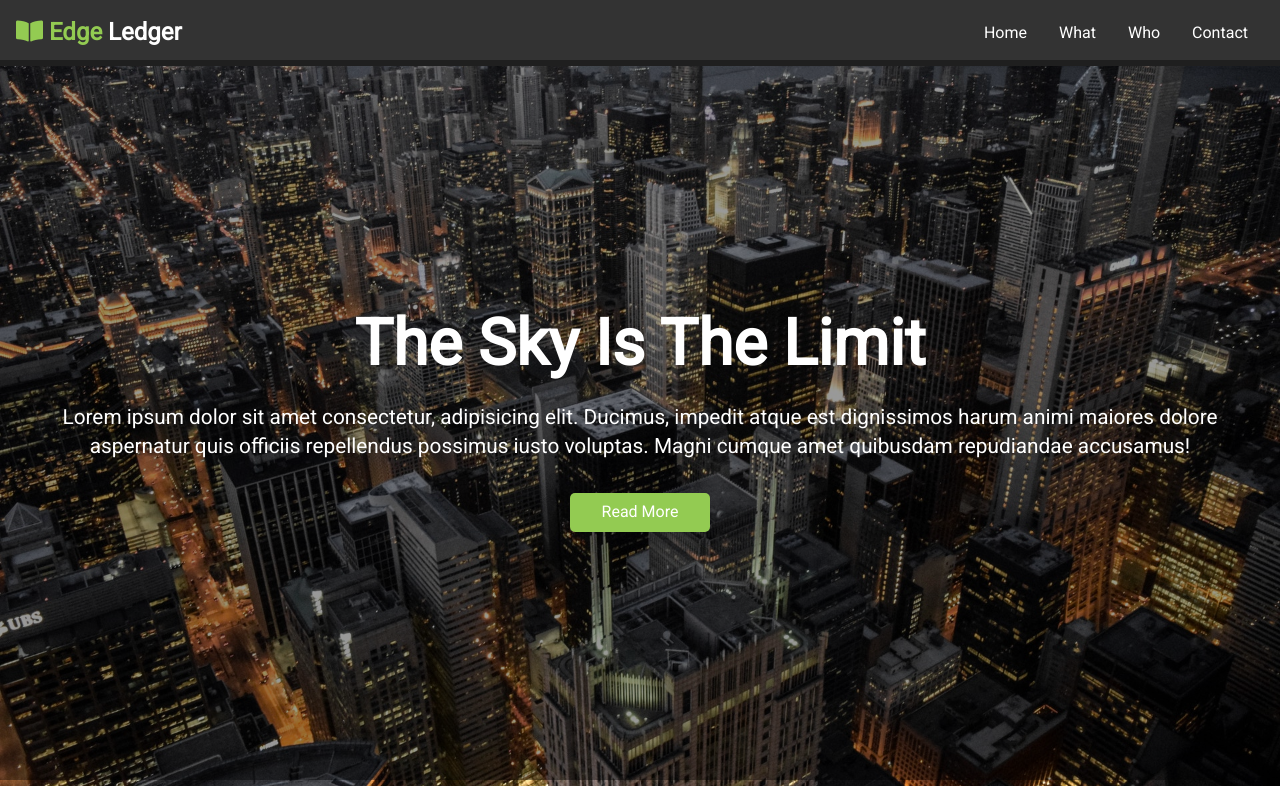
Repository: minhtien9/EdgeLedger-Financial-Web
Page: index.html
These files come from the project's save history. The page is drawn as it stood at one moment and after the next save; the edit follows.
The browser window is 1280 px wide. The pictures show the whole page.

Above is the page before, as saved 2021-08-16 22:05:40.

### index.html
<!DOCTYPE html>
<html lang="en">

<head>
    <meta charset="UTF-8" />
    <meta http-equiv="X-UA-Compatible" content="IE=edge" />
    <meta name="viewport" content="width=device-width, initial-scale=1.0" />
    <link rel="stylesheet" href="https://cdnjs.cloudflare.com/ajax/libs/font-awesome/5.15.4/css/all.min.css" integrity="sha512-1ycn6IcaQQ40/MKBW2W4Rhis/DbILU74C1vSrLJxCq57o941Ym01SwNsOMqvEBFlcgUa6xLiPY/NS5R+E6ztJQ==" crossorigin="anonymous" referrerpolicy="no-referrer"
    />
    <link rel="stylesheet" media="screen and (max-width:768px)" href="css/mobile.css" />
    <link rel="stylesheet" media="screen  and (min-width:1100)" href="css/widescreen.css" />
    <link rel="stylesheet" href="css/style.css" />
    <title>EdgeLedger Financial | Accounting & Investment</title>
</head>

<body id="home">
    <!-- Navbar -->
    <nav id="navbar">
        <h1 class="logo">
            <span class="text-primary"> <i class="fas fa-book-open"></i> Edge </span
        >Ledger
      </h1>
      <ul>
        <li><a href="#home">Home</a></li>
        <li><a href="#what">What</a></li>
        <li><a href="#who">Who</a></li>
        <li><a href="#contact">Contact</a></li>
      </ul>
    </nav>
    <!-- Header: Showcase -->
    <header id="showcase">
      <div class="showcase-content">
        <h1 class="l-heading">The Sky Is The Limit</h1>
        <p class="lead">
          Lorem ipsum dolor sit amet consectetur, adipisicing elit. Ducimus,
          impedit atque est dignissimos harum animi maiores dolore aspernatur
          quis officiis repellendus possimus iusto voluptas. Magni cumque amet
          quibusdam repudiandae accusamus!
        </p>
        <a href="#what" class="btn">Read More</a>
      </div>
    </header>
    <!-- Section: What We Do -->
    <section id="what" class="bg-ligh py-1"></section>
  </body>
</html>

### css/style.css
@import url('https://fonts.googleapis.com/css2?family=Roboto&display=swap');
* {
    box-sizing: border-box;
    margin: 0;
    padding: 0;
}

body {
    font-family: 'Roboto', sans-serif;
    line-height: 1.4;
}

a {
    text-decoration: none;
}

p {
    margin: 0.75rem 0;
}


/* Utility Classes */

.text-primary {
    color: #93cb52;
}

.l-heading {
    font-size: 4rem;
    margin-bottom: 0.75rem;
    line-height: 1.1;
}

.lead {
    font-size: 1.3rem;
    margin-bottom: 2rem;
}

.btn {
    display: inline-block;
    color: #fff;
    background: #93cb52;
    padding: 0.5rem 2rem;
    border: none;
    border-radius: 5px;
}

.btn:hover {
    background: #7ab436;
}

.btn-dark {
    background: #333;
    color: #fff;
}


/* Navbar */

#navbar {
    display: flex;
    position: stick;
    top: 0;
    background: #333;
    color: #fff;
    justify-content: space-between;
    z-index: 1;
    padding: 1rem;
}

#navbar ul {
    display: flex;
    align-items: center;
    list-style: none;
}

#navbar ul li a {
    color: #fff;
    padding: 0.75rem;
    margin: 0 0.25rem;
}

#navbar ul li a:hover {
    background: #93cb52;
    border-radius: 5px;
}


/* Showcase */

#showcase {
    background: #333 url('../img/showcase.jpg') no-repeat center center/cover;
    height: 100vh;
    color: #fff;
}

#showcase .showcase-content {
    display: flex;
    flex-direction: column;
    text-align: center;
    justify-content: center;
    align-items: center;
    height: 100%;
    padding: 0 2rem;
    /* Overlay */
    position: absolute;
    top: 60px;
    left: 0;
    background-color: rgba(0, 0, 0, 0.4);
}

Loaded but not shown: css/mobile.css (no stored copy; drawn as an empty file); css/widescreen.css (no stored copy; drawn as an empty file)

After the next save:
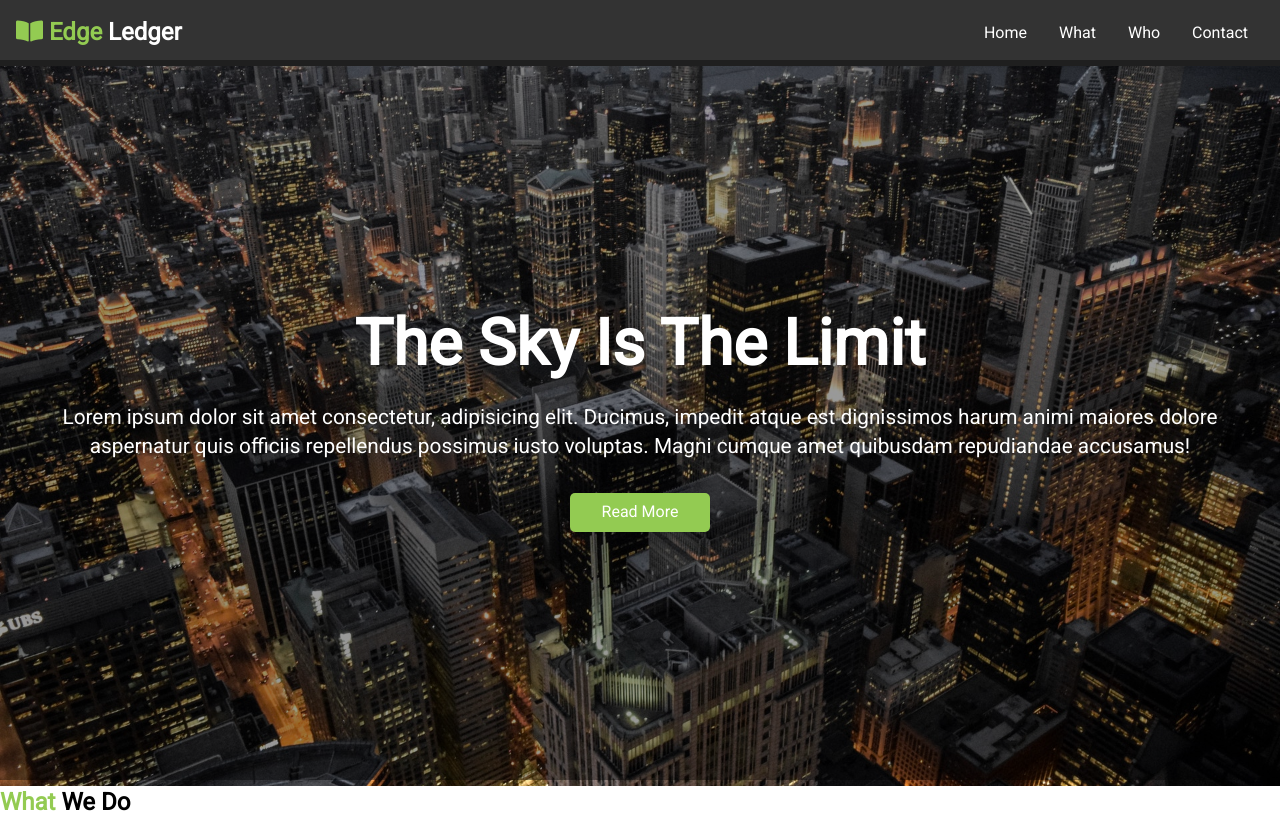
Saved 66 s later.
--- a/index.html
+++ b/index.html
@@ -41,6 +41,11 @@
       </div>
     </header>
     <!-- Section: What We Do -->
-    <section id="what" class="bg-ligh py-1"></section>
-  </body>
+    <section id="what" class="bg-ligh py-1">
+      <div class="container">
+        <h2 class="m-heading"><span class="text-primary">What</span> We Do</h2>
+            </div>
+            </section>
+</body>
+
 </html>
